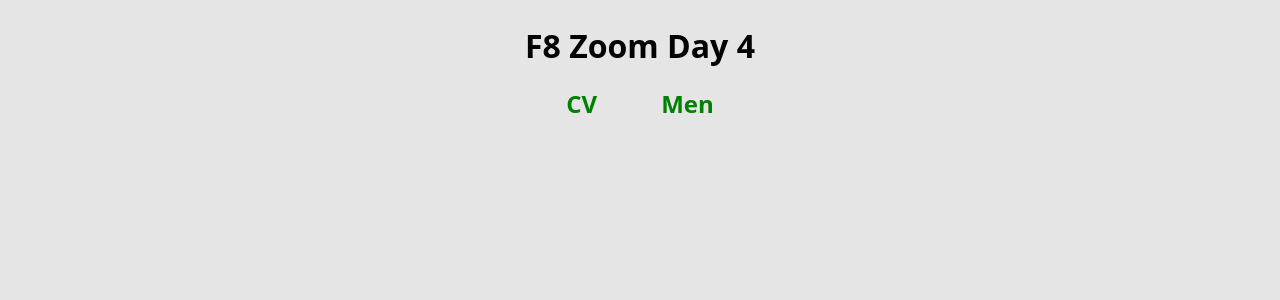
Repository: lannguyen1301/f8-zoom-day-4
Page: index.html
An editor plug-in stored every save of this project. The page is shown before and after the next save, followed by the edit.
The browser window is 1280 px wide. The pictures show the whole page.

Above is the page before, as saved 2025-04-17 22:10:06.

After the next save:
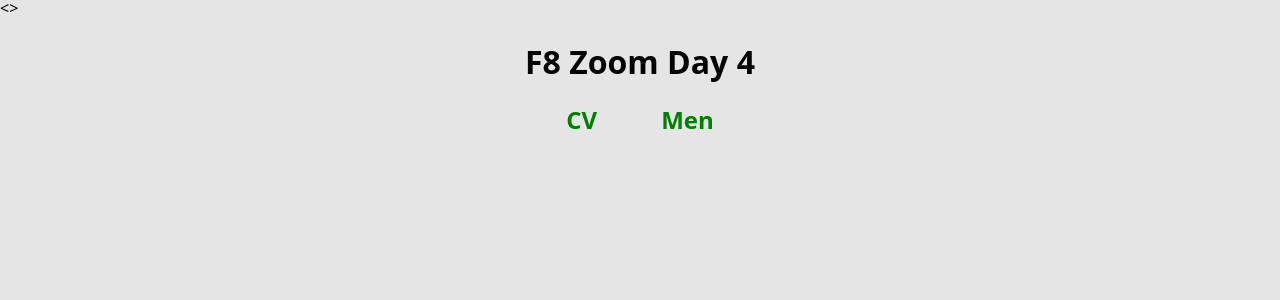
Saved 5 s later.
--- a/index.html
+++ b/index.html
@@ -10,7 +10,7 @@
 </head>
 
 <body>
-    <p>
+    <>
         <h1 class="title">F8 Zoom Day 4</h1>
         <ul class="list">
             <li class="item">
@@ -20,7 +20,7 @@
                 <a href="./menu.html" class="link">Men</a>
             </li>
         </ul>
-    </p>
+    </>
 </body>
 
 </html>
